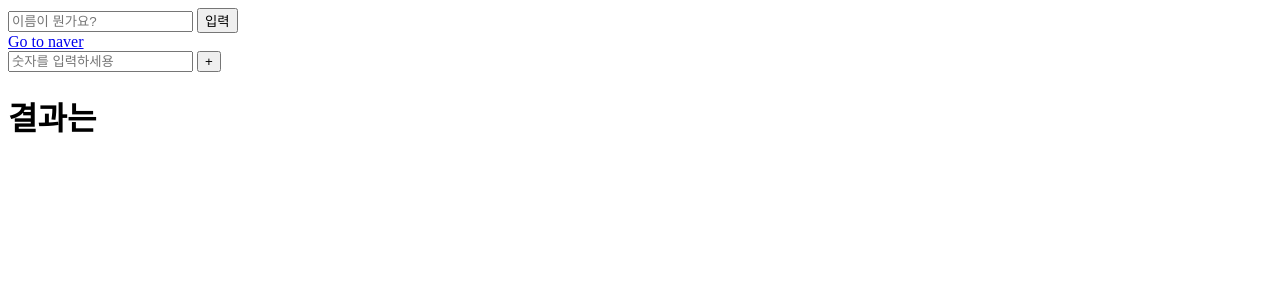
Repository: jun01270/F-E-practice
Page: index.html
These files come from the project's save history. The page is drawn as it stood at one moment and after the next save; the edit follows.
The browser window is 1280 px wide. The pictures show the whole page.

Above is the page before, as saved 2022-12-22 16:05:41.
Console error: TypeError: Cannot read properties of null (reading 'className')

After the next save:
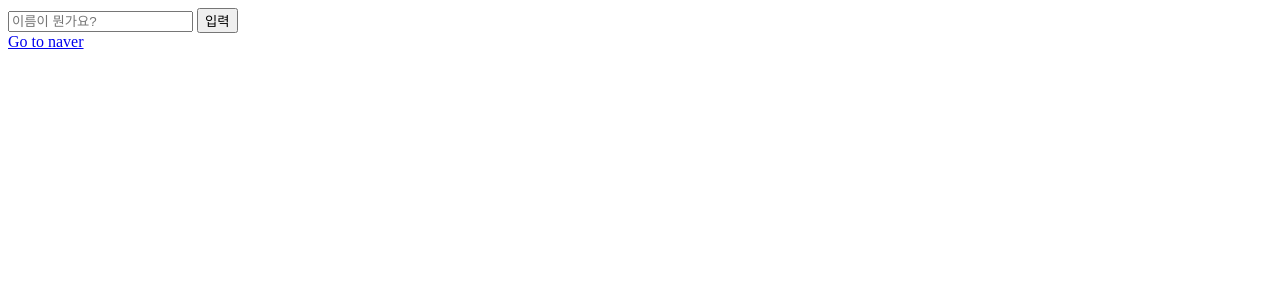
The error is gone.
Saved 2 min 42 s later.
--- a/index.html
+++ b/index.html
@@ -13,12 +13,7 @@
       <input type="submit" value="입력" />
     </form>
     <a href="https://naver.com">Go to naver</a>
-    <form>
-      <input type="text" placeholder="숫자를 입력하세용" />
-      <input type="submit" value="+" />
-    </form>
-    <h1 class="hidden"></h1>
-    <h1>결과는</h1>
+    <h1 id="result" class="hidden"></h1>
     <script src="app.js"></script>
   </body>
 </html>
